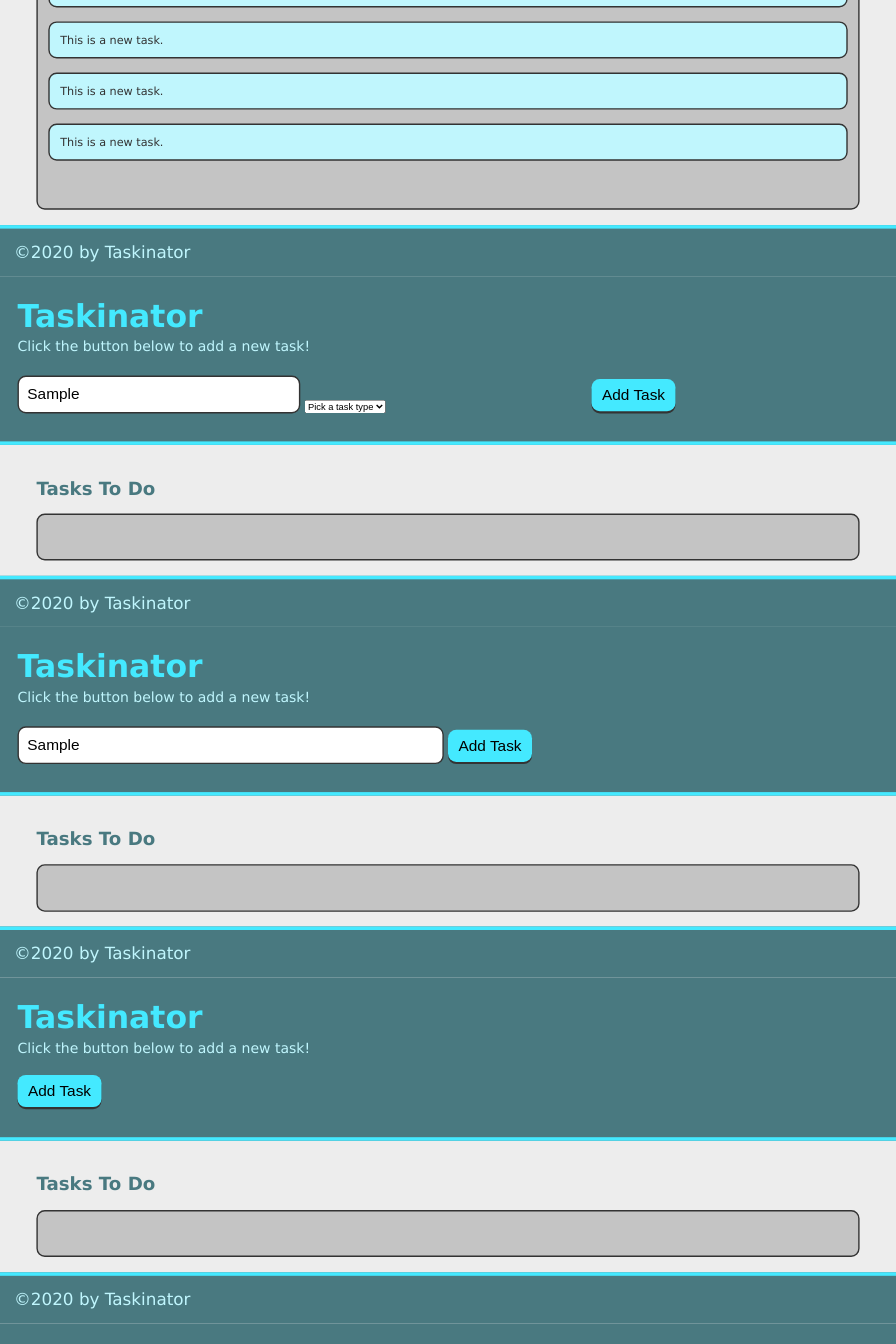
Repository: stuart-rickard/taskinator
Page: index.html
The author's editor kept a copy of each file at every save. The page is drawn from the files as they stood at one save, then again after the next save.
The browser window is 1280 px wide. The pictures show the part of the page from y = 1201 to 3121 px (the page is 3638 px tall before and 4003 px after), at 70% of full size.
Empty fields were first filled with sample values (such as "Sample", 5 or name@example.com).
After loading, the first visible `#task-form` was submitted once.

Above is the page before, as saved 2021-11-17 00:39:54.

### index.html
<!DOCTYPE html>
<html lang="en">
<head>
    <meta charset="UTF-8">
    <meta http-equiv="X-UA-Compatible" content="IE=edge">
    <meta name="viewport" content="width=device-width, initial-scale=1.0">
    <title>Taskinator</title>
    <link rel="stylesheet" href="./assets/css/style.css">
</head>
<body>
    <header>
        <h1 class="page-title">Taskinator</h1>
        <p>Click the button below to add a new task!</p>
        <form id="task-form">
            <div class="form-group">
                <input type="text" name="task-name" placeholder="Enter Task Name" />
            </div>
            <div class="form-group">
                <select name="task-type" class="select-dropdown">
                  <option value="" disabled selected>Pick a task type</option>
                  <option value="Print">Print</option>
                  <option value="Web">Web</option>
                  <option value="Mobile">Mobile</option>
                </select>
            </div>
            <div class="form-group">
                <button class="btn" id="save-task" type="submit">Add Task</button>
            </div>
        </form>
    </header>
    <main class="page-content">
        <section class="task-list-wrapper">
          <h2 class="list-title">Tasks To Do</h2>
          <ul class="task-list" id="tasks-to-do">

          </ul>
        </section>
    </main>
    <footer>
        &copy;2020 by Taskinator
    </footer>

    <script src="./assets/js/script.js"></script>
</body>
</html>
<!DOCTYPE html>
<html lang="en">
<head>
    <meta charset="UTF-8">
    <meta http-equiv="X-UA-Compatible" content="IE=edge">
    <meta name="viewport" content="width=device-width, initial-scale=1.0">
    <title>Taskinator</title>
    <link rel="stylesheet" href="./assets/css/style.css">
</head>
<body>
    <header>
        <h1 class="page-title">Taskinator</h1>
        <p>Click the button below to add a new task!</p>
        <form id="task-form">
            <div class="form-group">
                <input type="text" name="task-name" placeholder="Enter Task Name" />
            </div>
            <div class="form-group">
                <select name="task-type">
                  <option value="" disabled selected>Pick a task type</option>
                  <option value="Print">Print</option>
                  <option value="Web">Web</option>
                  <option value="Mobile">Mobile</option>
                </select>
            </div>
            <div class="form-group">
                <button class="btn" id="save-task" type="submit">Add Task</button>
            </div>
        </form>
    </header>
    <main class="page-content">
        <section class="task-list-wrapper">
          <h2 class="list-title">Tasks To Do</h2>
          <ul class="task-list" id="tasks-to-do">

          </ul>
        </section>
    </main>
    <footer>
        &copy;2020 by Taskinator
    </footer>

    <script src="./assets/js/script.js"></script>
</body>
</html>
<!DOCTYPE html>
<html lang="en">
<head>
    <meta charset="UTF-8">
    <meta http-equiv="X-UA-Compatible" content="IE=edge">
    <meta name="viewport" content="width=device-width, initial-scale=1.0">
    <title>Taskinator</title>
    <link rel="stylesheet" href="./assets/css/style.css">
</head>
<body>
    <header>
        <h1 class="page-title">Taskinator</h1>
        <p>Click the button below to add a new task!</p>
        <form id="task-form">
            <div class="form-group">
                <input type="text" name="task-name" placeholder="Enter Task Name" />
            </div>
            <div class="form-group">
                <button class="btn" id="save-task" type="submit">Add Task</button>
            </div>
        </form>
    </header>
    <main class="page-content">
        <section class="task-list-wrapper">
          <h2 class="list-title">Tasks To Do</h2>
          <ul class="task-list" id="tasks-to-do">

          </ul>
        </section>
    </main>
    <footer>
        &copy;2020 by Taskinator
    </footer>

    <script src="./assets/js/script.js"></script>
</body>
</html>
<!DOCTYPE html>
<html lang="en">
<head>
    <meta charset="UTF-8">
    <meta http-equiv="X-UA-Compatible" content="IE=edge">
    <meta name="viewport" content="width=device-width, initial-scale=1.0">
    <title>Taskinator</title>
    <link rel="stylesheet" href="./assets/css/style.css">
</head>
<body>
    <header>
        <h1 class="page-title">Taskinator</h1>
        <p>Click the button below to add a new task!</p>
        <form id="task-form">
            <div class="form-group">
                <button class="btn" id="save-task" type="submit">Add Task</button>
            </div>
        </form>
    </header>
    <main class="page-content">
        <section class="task-list-wrapper">
          <h2 class="list-title">Tasks To Do</h2>
          <ul class="task-list" id="tasks-to-do">

          </ul>
        </section>
    </main>
    <footer>
        &copy;2020 by Taskinator
    </footer>

    <script src="./assets/js/script.js"></script>
</body>
</html>
<!DOCTYPE html>
<html lang="en">
<head>
    <meta charset="UTF-8">
    <meta http-equiv="X-UA-Compatible" content="IE=edge">
    <meta name="viewport" content="width=device-width, initial-scale=1.0">
    <title>Taskinator</title>
    <link rel="stylesheet" href="./assets/css/style.css">
</head>
<body>
    <header>
        <h1 class="page-title">Taskinator</h1>
        <p>Click the button below to add a new task!</p>
        <button class="btn" id="save-task" >Add Task</button>
    </header>
    <main class="page-content">
        <section class="task-list-wrapper">
          <h2 class="list-title">Tasks To Do</h2>
          <ul class="task-list" id="tasks-to-do">
            <li class="task-item">A task is going to be added soon!</li>
          </ul>
        </section>
    </main>
    <footer>
        &copy;2020 by Taskinator
    </footer>

    <script src="./assets/js/script.js"></script>
</body>
</html>

### assets/css/style.css
* {
  box-sizing: border-box;
}

:root {
  --primary: #44e9ff;
  --secondary: #497980;
  --tertiary: rgb(192, 246, 253);
  --grey: #333;
  font-size: 62.5%;
}

body {
  background: #ededed;
  color: var(--grey);
  margin: 0;
  padding: 0;
  display: flex;
  min-height: 100vh;
  flex-direction: column;
  font-family: Verdana, Geneva, Tahoma, sans-serif;
}

header {
  background: var(--secondary);
  padding: 30px 25px;
  border-bottom: 5px solid var(--primary);
}

header p {
  color: var(--tertiary);
  margin: 5px 0 20px;
  font-size: 2rem;
}

p,
li {
  font-size: 1.6rem;
}

form {
  display: flex;
  align-items: flex-end;
  flex-wrap: wrap;
}

form input {
  outline: none;
  border: none;
  padding: 12px;
  width: 100%;
  font-size: 2.2rem;
  border: 2px solid var(--grey);
  border-radius: 12px;
}

form .form-group {
  margin: 10px 6px 10px 0;
  flex: 1;
}

footer {
  width: 100%;
  background: var(--secondary);
  color: var(--tertiary);
  font-size: 2.4rem;
  padding: 20px;
  border-top: 5px solid var(--primary);
}

.page-title {
  color: var(--primary);
  margin-bottom: 5px;
  margin-top: 0;
  font-size: 4.5rem;
}

.page-content {
  flex: 1;
  display: flex;
  flex-wrap: wrap;
  justify-content: center;
  margin: 25px auto;
  width: 95%;
}

.task-list-wrapper {
  flex: 1;
  margin: 0 20px 20px;
}

.list-title {
  color: var(--secondary);
  font-size: 2.6rem;
}

.task-list {
  list-style: none;
  padding: 15px;
  height: calc(100% - 50px);
  background: rgb(196, 196, 196);
  border-radius: 12px;
  border: 2px solid var(--grey);
}

.task-item {
  color: var(--grey);
  padding: 15px 15px;
  border: 2px solid var(--grey);
  background: var(--tertiary);
  border-radius: 12px;
  margin-bottom: 20px;
}

.task-name {
  margin: 0;
  font-size: 1.8rem;
}

.task-type {
  color: var(--secondary);
  font-size: 1.55rem;
}
.task-actions {
  display: flex;
  flex-wrap: wrap;
  align-items: center;
  margin: 10px 0 5px 0;
  justify-content: space-between;
}

.task-actions button,
.task-actions select {
  flex: 1;
}

.btn {
  outline: none;
  border: none;
  display: inline-block;
  padding: 10px 15px;
  background: var(--primary);
  font-size: 2.2rem;
  border-radius: 12px;
  position: relative;
  top: -3px;
  box-shadow: 0 3px var(--grey);
}

.btn:hover {
  box-shadow: 0 2px var(--grey);
  top: -2px;
}
.btn:active {
  box-shadow: 0 0px var(--grey);
  top: 0;
}

.edit-btn,
.delete-btn {
  font-size: 1.4rem;
  padding: 5px 7px;
  margin: 3px;
  background: var(--secondary);
  color: #fff;
}

.select-dropdown,
.select-status {
  display: block;
  font-size: 2.2rem;
  color: #444;
  padding: 12px;
  width: 100%;
  max-width: 100%;
  margin: 0;
  border: 2px solid var(--grey);
  border-radius: 12px;
  -moz-appearance: none;
  -webkit-appearance: none;
  appearance: none;
  background-color: #fff;
  background-image: url("../images/select-arrow.svg");
  background-repeat: no-repeat, repeat;
  background-position: right 0.7em top 50%, 0 0;
  background-size: 0.65em auto, 100%;
}

.select-status {
  font-size: 1.4rem;
  padding: 4px 28px 4px 4px;
  width: auto;
}

.select-dropdown::-ms-expand,
.select-status::-ms-expand {
  display: none;
}

.select-dropdown:hover,
.select-status:hover {
  border-color: #888;
}

.select-dropdown:focus,
.select-status:focus {
  border-color: #aaa;
  box-shadow: 0 0 1px 3px rgba(59, 153, 252, 0.7);
  box-shadow: 0 0 0 3px -moz-mac-focusring;
  color: #222;
  outline: none;
}
.select-dropdown option,
.select-status option {
  font-weight: normal;
  font-size: 2rem;
}

@media screen and (max-width: 980px) {
  form .form-group {
    flex: 1 100%;
  }

  form .form-group button {
    width: 100%;
  }

  .task-list-wrapper {
    flex-basis: 100%;
  }

}

### assets/js/script.js
var formEl = document.querySelector("#task-form");
var tasksToDoEl = document.querySelector("#tasks-to-do");

var createTaskHandler = function() {

    event.preventDefault();

    var listItemEl = document.createElement("li");
    listItemEl.className = "task-item";
    listItemEl.textContent = "This is a new task.";
    tasksToDoEl.appendChild(listItemEl);
    console.log();
  }

  formEl.addEventListener("submit", createTaskHandler);
var formEl = document.querySelector("#task-form");
var tasksToDoEl = document.querySelector("#tasks-to-do");

var createTaskHandler = function() {

    event.preventDefault();

    var listItemEl = document.createElement("li");
    listItemEl.className = "task-item";
    listItemEl.textContent = "This is a new task.";
    tasksToDoEl.appendChild(listItemEl);
  }

  formEl.addEventListener("submit", createTaskHandler);
var formEl = document.querySelector("#task-form");
var tasksToDoEl = document.querySelector("#tasks-to-do");

var createTaskHandler = function() {
    var listItemEl = document.createElement("li");
    listItemEl.className = "task-item";
    listItemEl.textContent = "This is a new task.";
    tasksToDoEl.appendChild(listItemEl);
  }

  formEl.addEventListener("submit", createTaskHandler);
var buttonEl = document.querySelector("#save-task");
var tasksToDoEl = document.querySelector("#tasks-to-do");

var createTaskHandler = function() {
    var listItemEl = document.createElement("li");
    listItemEl.className = "task-item";
    listItemEl.textContent = "This is a new task.";
    tasksToDoEl.appendChild(listItemEl);
  }

buttonEl.addEventListener("click", createTaskHandler);

After the next save:
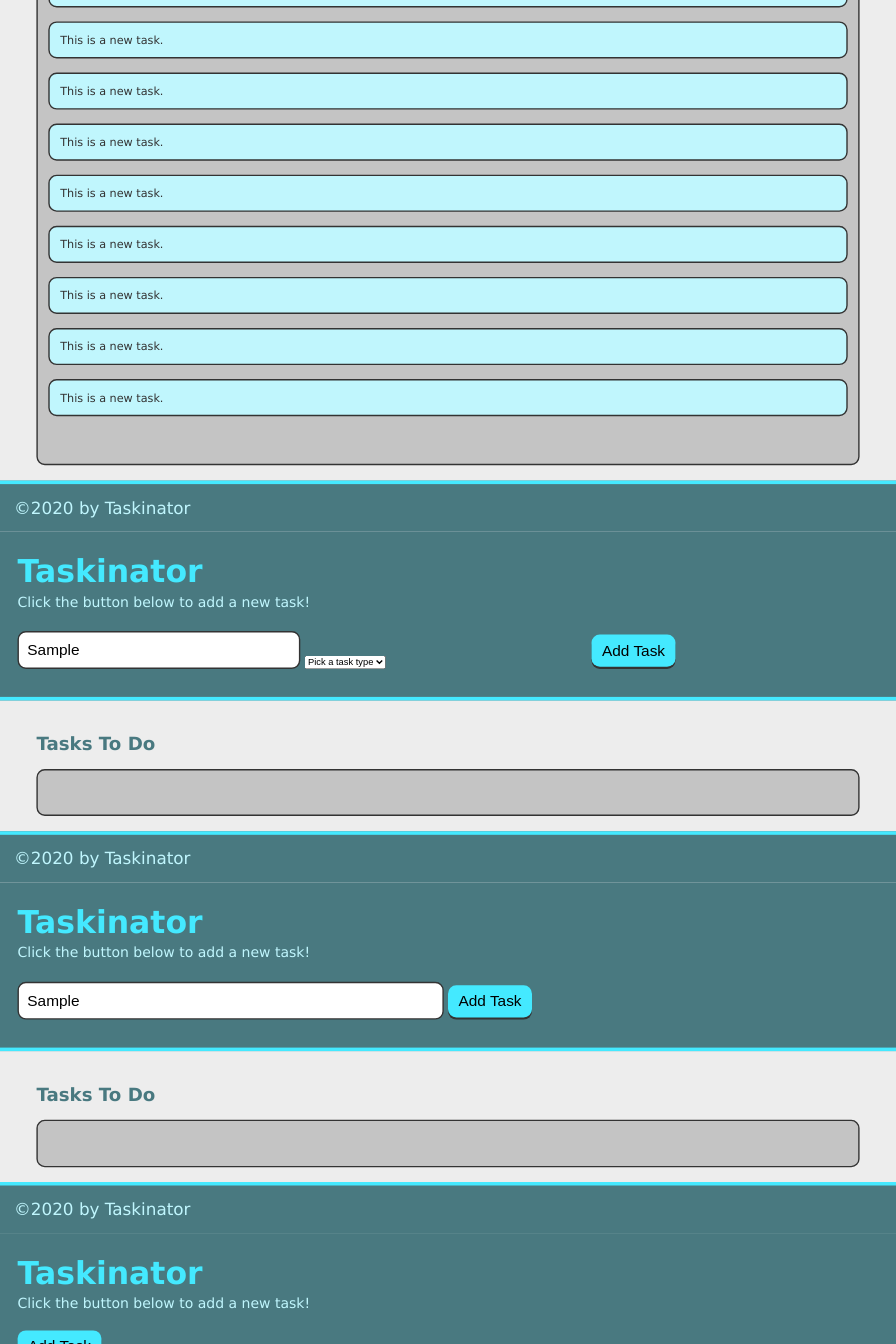
Saved 116 s later.
--- a/assets/js/script.js
+++ b/assets/js/script.js
@@ -1,3 +1,18 @@
+var formEl = document.querySelector("#task-form");
+var tasksToDoEl = document.querySelector("#tasks-to-do");
+
+var createTaskHandler = function() {
+
+    event.preventDefault();
+
+    var listItemEl = document.createElement("li");
+    listItemEl.className = "task-item";
+    listItemEl.textContent = "This is a new task.";
+    tasksToDoEl.appendChild(listItemEl);
+    console.log(event);
+  }
+
+  formEl.addEventListener("submit", createTaskHandler);
 var formEl = document.querySelector("#task-form");
 var tasksToDoEl = document.querySelector("#tasks-to-do");
 
